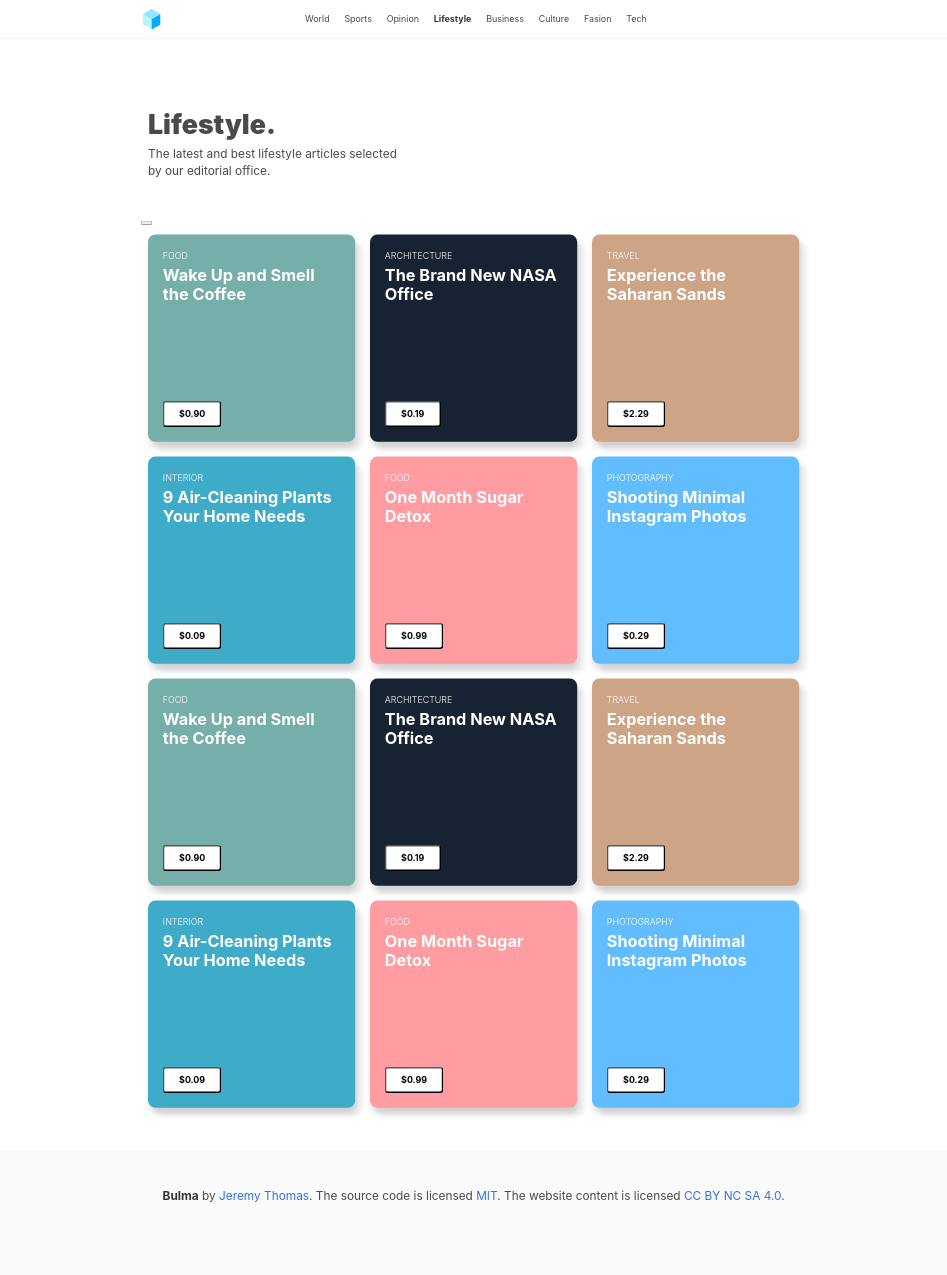
Repository: DOODpls/js_ass1
Page: index.html
These files come from the project's save history. The page is drawn as it stood at one moment and after the next save; the edit follows.
The browser window is 1280 px wide. The pictures show the whole page, at 74% of full size.
After loading, the first visible `#butt1` was clicked once.

Above is the page before, as saved 2019-11-22 19:18:25.

### index.html
<!DOCTYPE html>
<html>
<head>
    <title></title>
    <link rel="stylesheet" href="https://cdnjs.cloudflare.com/ajax/libs/bulma/0.7.5/css/bulma.min.css" integrity="sha256-vK3UTo/8wHbaUn+dTQD0X6dzidqc5l7gczvH+Bnowwk=" crossorigin="anonymous" />
    <link rel="stylesheet" type="text/css" href="./styles.css">
</head>
<body>

    <nav class="navbar">
        <div class="container">
            <div class="logo"></div>
            <ul>
                <li>World</li>
                <li>Sports</li>
                <li>Opinion</li>
                <li><strong>Lifestyle</strong></li>
                <li>Business</li>
                <li>Culture</li>
                <li>Fasion</li>
                <li>Tech</li>
            </ul>
            <span class="icon">
              <i class="ion-ionic" style='color: black; background: black;'></i>
            </span>
        </div>
    </nav>

    <section class="section">
        <div class="container">
            <div style='margin: 40px 10px 40px'>
                <h1>Lifestyle.</h1>
                <p>The latest and best lifestyle articles selected<br/>
                    by our editorial office.
                </p>
            </div>
        </div>
        <div class="container">
            <div class='card-row' id='content'></div>
        </div>
    </section>

    <footer class="footer">
        <div class="content has-text-centered">
            <p>
                <strong>Bulma</strong> by <a href="https://jgthms.com">Jeremy Thomas</a>. The source code is licensed
                <a href="http://opensource.org/licenses/mit-license.php">MIT</a>. The website content
                is licensed <a href="http://creativecommons.org/licenses/by-nc-sa/4.0/">CC BY NC SA 4.0</a>.
            </p>
        </div>
    </footer>

    <script type="text/javascript" src='./app.js'></script>
</body>
</html>

### styles.css
/* - - - - - - - - - - - - - - - - - - - - - - - - - - - - - -
GENERAL
- - - - - - - - - - - - - - - - - - - - - - - - - - - - - - */
h1 {
    font-size: 36px;
    font-weight: 900;
}

.container {
    max-width: 900px;
}

/* - - - - - - - - - - - - - - - - - - - - - - - - - - - - - -
NAV
- - - - - - - - - - - - - - - - - - - - - - - - - - - - - - */
nav {
    border-bottom: 1px solid #ededed;
}

.navbar > .container {
    display: flex;
    align-items: center;
    justify-content: space-between;
}

nav .container ul {
    display: flex;
}

nav .container ul li {
    margin: 0 10px;
    font-size: 12px;
}

.logo {
    background: url('./img/logo.svg');
    background-size: 24px;
    background-position: center;
    background-repeat: no-repeat;

    height: 30px;
    width: 30px;
}

@media (max-width: 600px) {
    nav .container {
        padding: 0 30px;
    }

    nav .container ul {
        display: none;
    }
}

/* TILES */
.card-row {
    display: flex;
    flex-wrap: wrap;
}

.card {
    height: 280px;
    border-radius: 10px;
    background: rgba(23, 35, 50, 1);
    flex: 1 230px;
    margin: 10px;
    padding: 20px;
    position: relative;
    box-shadow: 2px 8px 9px 0px rgba(0, 0, 0, 0.14),
        11px 11px 6px rgba(0, 0, 0, 0.05);
}

.card .buy-button {
    position: absolute;
    bottom: 20px;
    left: 20px;
    background: white;
    color: black;
    border-radius: 4px;
    padding: 8px 20px;
    font-size: 12px;
    font-weight: 700;
}

.card .topic {
    color: white;
    font-weight: 300;
    font-size: 12px;
    text-transform: uppercase;
    margin-bottom: 5px;
}
.card .title {
    color: white;
    font-weight: 700;
    font-size: 22px;
}

### app.js
const green = 'rgba(118,174, 170, 1)'
const black = 'rgba(23,35, 50, 1)'
const brown = 'rgba(205,164, 133, 1)'
const greenblue = 'rgba(62,171, 201, 1)'
const pink = 'rgba(254,156, 161, 1)'
const blue = 'rgba(98,189, 254, 1)'

const data = [
    {
        topic: 'Food',
        title: 'Wake Up and Smell the Coffee',
        price: '$0.90',
        color: green
    },
    {
        topic: 'Architecture',
        title: 'The Brand New NASA Office',
        price: '$0.19',
        color: black
    },
    {
        topic: 'Travel',
        title: 'Experience the Saharan Sands',
        price: '$2.29',
        color: brown
    },
    {
        topic: 'Interior',
        title: '9 Air-Cleaning Plants Your Home Needs',
        price: '$0.09',
        color: greenblue
    },
    {
        topic: 'Food',
        title: 'One Month Sugar Detox',
        price: '$0.99',
        color: pink
    },
    {
        topic: 'Photography',
        title: 'Shooting Minimal Instagram Photos',
        price: '$0.29',
        color: blue
    }
]

// Instructions
// Take the data above and display it as tiles on the page


    // for(i=0; i<data.length; i++){
    //     let heig
    //     if(i % 2 == 0){
    //         heig = '500px'
    //     }

    //     const tilers = document.querySelector('#content')
    //     const divr = document.createElement('div')
    //     divr.className= 'card'
    //     divr.style.backgroundColor = data[i].color
    //     divr.style.flex = heig
    //     divr.id = 'divtile'+ i
    //     tilers.appendChild(divr)

    //     const p1 = document.querySelector('#divtile'+i)
    //     const pr1 = document.createElement('p')
    //     pr1.textContent = data[i].topic
    //     pr1.className= 'topic'
    //     p1.appendChild(pr1)

    //     const p2 = document.querySelector('#divtile'+i)
    //     const pr2 = document.createElement('p')
    //     pr2.textContent = data[i].title
    //     pr2.className= 'title'
    //     p2.appendChild(pr2)

    //     const btn1 = document.querySelector('#divtile'+i)
    //     const btr2 = document.createElement('button')
    //     btr2.textContent = data[i].price
    //     btr2.className= 'buy-button'
    //     btn1.appendChild(btr2)
    // }

    data.forEach(function(item)
    {

        const tilers = document.querySelector('#content')
        const divr = document.createElement('div')
        divr.className = 'card'
        divr.style.backgroundColor = item.color
        tilers.appendChild(divr)

        const pr1 = document.createElement('p')
        pr1.textContent = item.topic
        pr1.className= 'topic'
        divr.appendChild(pr1)

        const pr2 = document.createElement('p')
        pr2.textContent = item.title
        pr2.className= 'title'
        divr.appendChild(pr2)

        const btr2 = document.createElement('button')
        btr2.textContent = item.price
        btr2.className= 'buy-button'
        divr.appendChild(btr2)
    })

    // tried to do sort, but i suck
    const button1 = document.querySelector('body section .container')
    const btn1 = document.createElement('button')
    btn1.className= 'buy-button'
    btn1.id = "butt1"
    button1.appendChild(btn1)

    function sort1(){
        data.sort()
    }

    const button2 = document.querySelector('#butt1')
    button2.addEventListener('click', function(event) {
        sort1()
        data.forEach(function(item)
    {

        const tilers = document.querySelector('#content')
        const divr = document.createElement('div')
        divr.className = 'card'
        divr.style.backgroundColor = item.color
        tilers.appendChild(divr)

        const pr1 = document.createElement('p')
        pr1.textContent = item.topic
        pr1.className= 'topic'
        divr.appendChild(pr1)

        const pr2 = document.createElement('p')
        pr2.textContent = item.title
        pr2.className= 'title'
        divr.appendChild(pr2)

        const btr2 = document.createElement('button')
        btr2.textContent = item.price
        btr2.className= 'buy-button'
        divr.appendChild(btr2)
    })
    })

    //this one also works lolllll
    // data.forEach(function(items)
    // {
    // //   document.getElementById('content').innerHTML += '<div class="card" style="background-color:'+items.color+'"><p class="topic">'+items.topic+'</p><p class="title">'+items.title+'</p><button class="buy-button">'+items.price+'</button></div>';
    // })

After the next save:
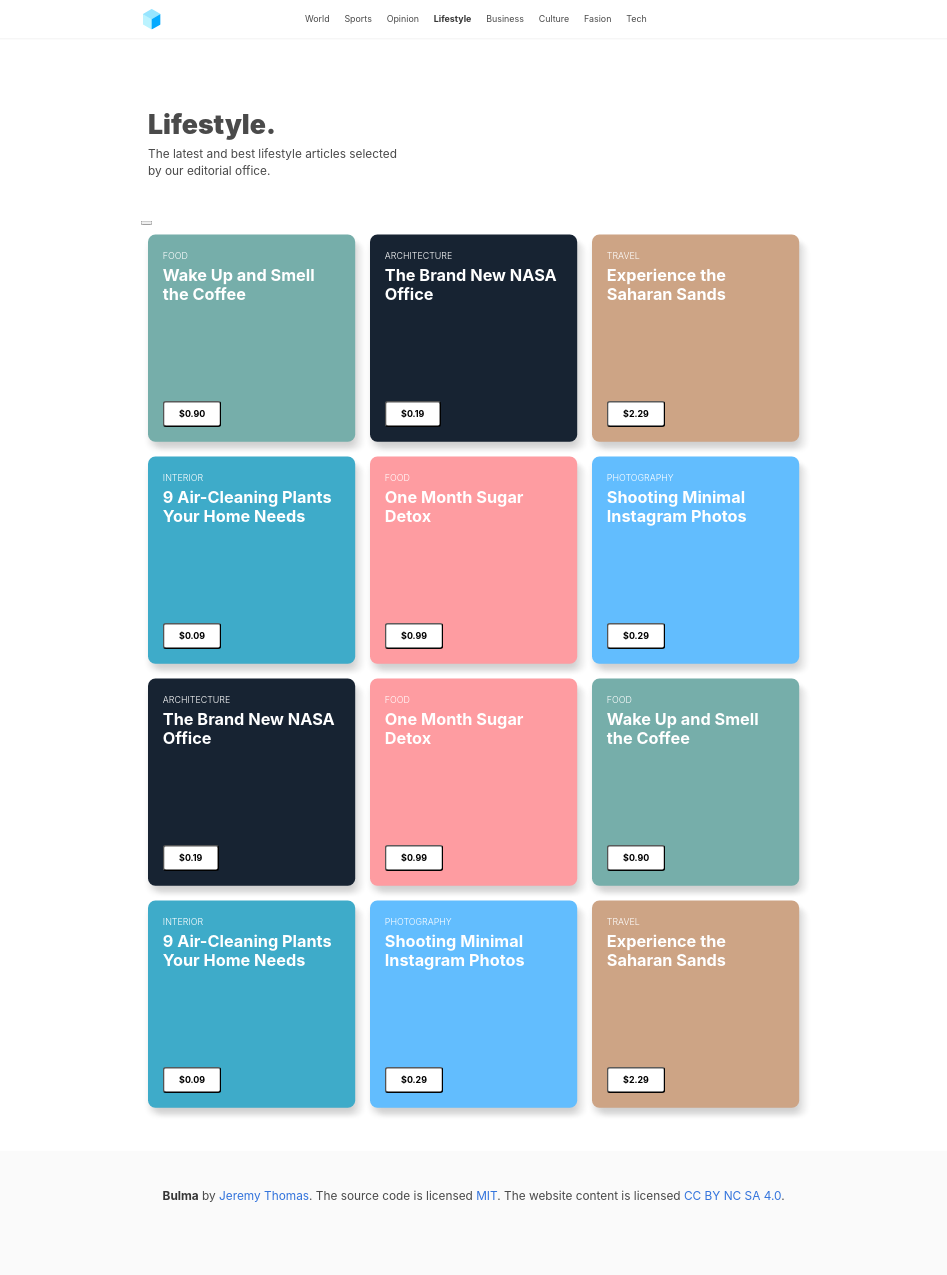
Saved 25 s later.
--- a/app.js
+++ b/app.js
@@ -114,7 +114,7 @@ const data = [
     button1.appendChild(btn1)
 
     function sort1(){
-        data.sort()
+        data.sort((a, b) => (a.topic > b.topic) ? 1 : -1)
     }
 
     const button2 = document.querySelector('#butt1')
